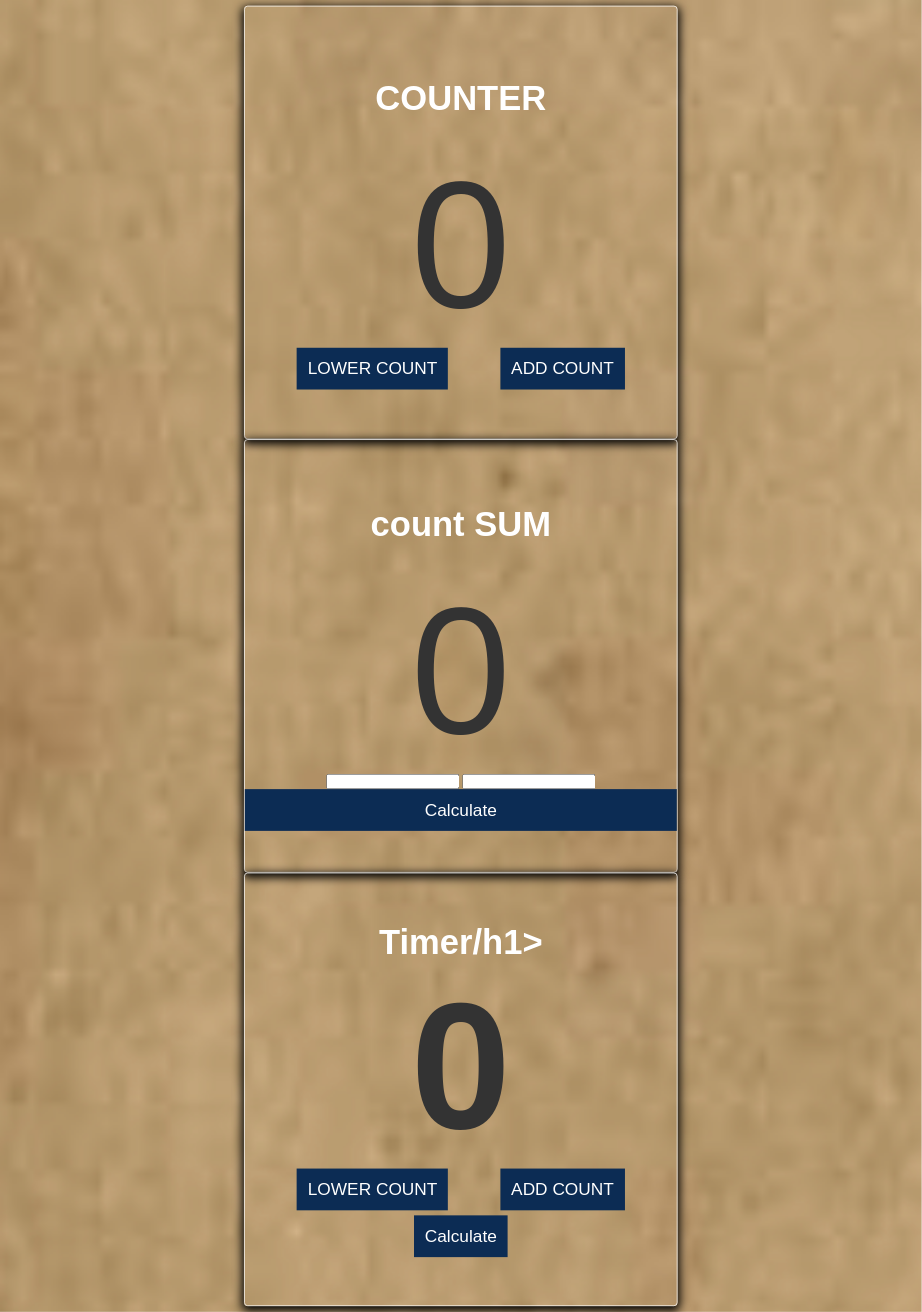
Repository: Hasmik-icml/counter
Page: index.html
The author's editor kept a copy of each file at every save. The page is drawn from the files as they stood at one save, then again after the next save.
The browser window is 1280 px wide. The pictures show the whole page, at 72% of full size.

Above is the page before, as saved 2022-02-14 18:17:26.

### index.html
<!DOCTYPE html>
<html lang="en">
<head>
    <meta charset="UTF-8">
    <meta http-equiv="X-UA-Compatible" content="IE=edge">
    <meta name="viewport" content="width=device-width, initial-scale=1.0">
    <link rel="stylesheet" href="/style.css">
    <title>Document</title>
</head>
<body>
    <!-- increase decrease -->
    <div class="container">
        <h1 class="counterHeader">COUNTER</h1>
        <div class="result">0</div>
        <div class="buttons">
            <button class="buttonLower button">LOWER COUNT</button>
            <button class="buttonAdd button">ADD COUNT</button>
    </div>
    </div>

    <!--calculate sum of two numbers  -->
    <div class="container">
        <h1 class="counterHeader">count SUM</h1>
        <div class="resultSum result">0</div>
        <div class="inputs">
            <input type="text" class="inputNumber1 input">
            <input type="text" class="inputNumber2 input">
        </div>
        <button class="calculateNumber button">Calculate</button>
        <!--  -->
    </div>
    <!-- timer -->
    <div class="container">
        <h1 class="counterHeader">Timer/h1>
        <div class="resultTimer result">0</div>
        <div class="timerButtons buttons">
            <button class="buttonLower button">LOWER COUNT</button>
            <button class="buttonAdd button">ADD COUNT</button>
         </div>
        <button class="calculateNumber button">Calculate</button>
        <!--  -->
    </div>


    <script src="/index.js"></script>
</body>
</html>

### style.css
body{
    display:flex;
    flex-direction:column;
    justify-content:center;
    min-height:100vh;
    background-image: url("/Screenshot_14.png");
    background-repeat: no-repeat;
    background-size: cover;
}
.container {
    width: 600px;
    height: 600px;
    border: 1px solid white;
    border-radius: 5px;
    margin: auto;
    text-align: center;
    box-shadow: 0px 4px 13px 3px;
    display: flex;
    flex-direction: column;
    justify-content: center;
}
.counterHeader{
    color: white;
    font-family: sans-serif;
    font-size: xxx-large;
}
.result{
    color: #333333;
    font-family: sans-serif;
    font-size: 250px;
}
.button{
    background-color: #0c2c54;
    border-style: none;
    color: white;
    padding: 15px;
    font-family: sans-serif;
    font-size: x-large;
}
.buttons{
    display: flex;
    justify-content: space-evenly;
}

### index.js
const result = document.querySelector(".result");
const buttonLower = document.querySelector(".buttonLower");
const buttonAdd = document.querySelector(".buttonAdd");

buttonLower.addEventListener("click", function(){
    result.innerHTML--;
})
buttonAdd.addEventListener("click", function(){
    result.innerHTML++;
})

// function incrisOrDecris(){

// }
// document.querySelectorAll(".button").forEach(item => {
//     item.addEventListener("click", function(e){
//         console.log(e.target);
//         // this.innerHTML++;
//     })
// })


document.querySelector(".calculateNumber").addEventListener("click", function(){
    const number1 = +document.querySelector(".inputNumber1").value;
    const number2 = +document.querySelector(".inputNumber2").value;
    document.querySelector(".resultSum").innerHTML = calculate(number1)(number2);

})

function calculate(num1){
    return function(num2){
        return num1 + num2;
    }
}

After the next save:
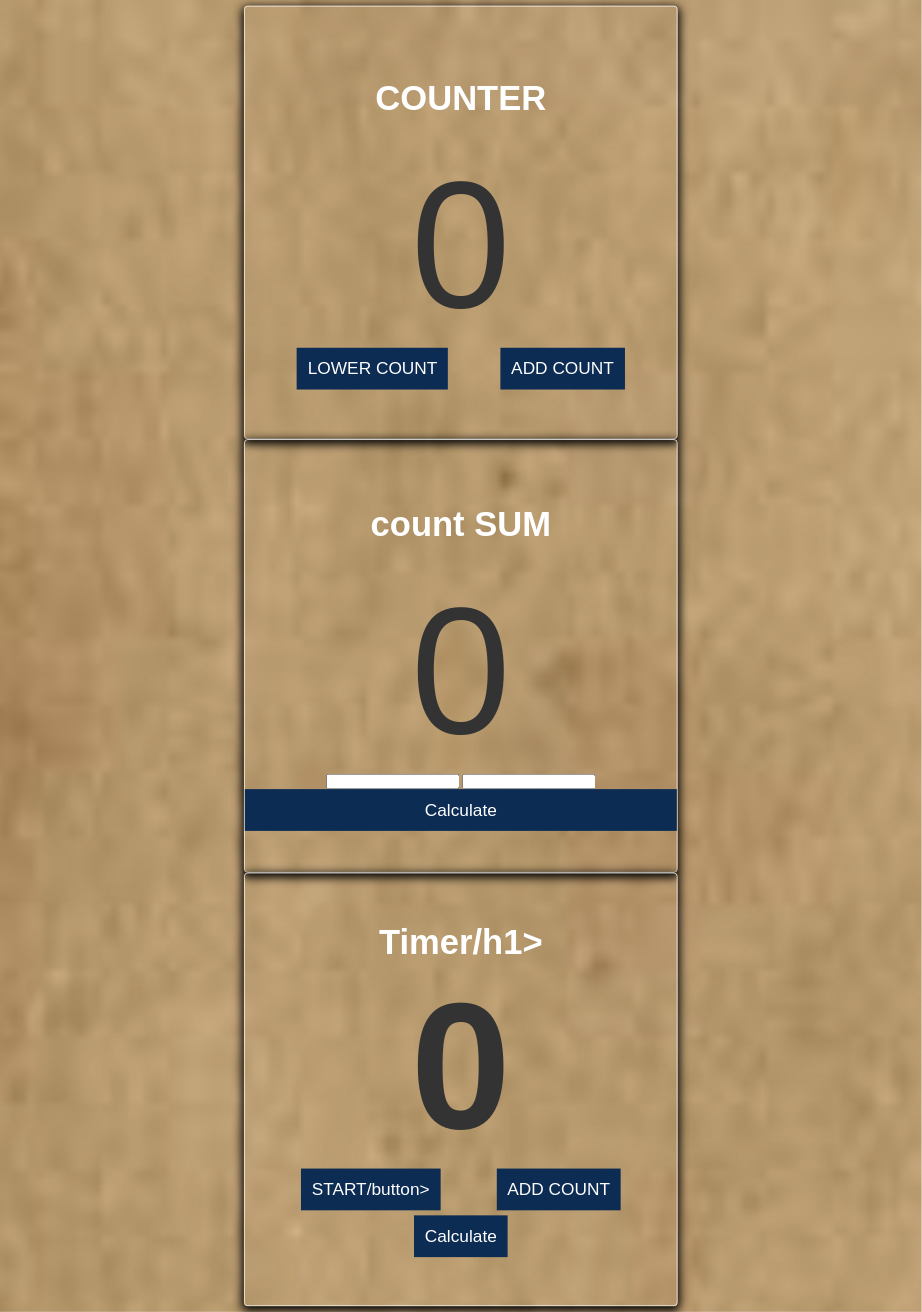
Saved 8 s later.
--- a/index.html
+++ b/index.html
@@ -34,7 +34,7 @@
         <h1 class="counterHeader">Timer/h1>
         <div class="resultTimer result">0</div>
         <div class="timerButtons buttons">
-            <button class="buttonLower button">LOWER COUNT</button>
+            <button class="buttonLower button">START/button>
             <button class="buttonAdd button">ADD COUNT</button>
          </div>
         <button class="calculateNumber button">Calculate</button>
